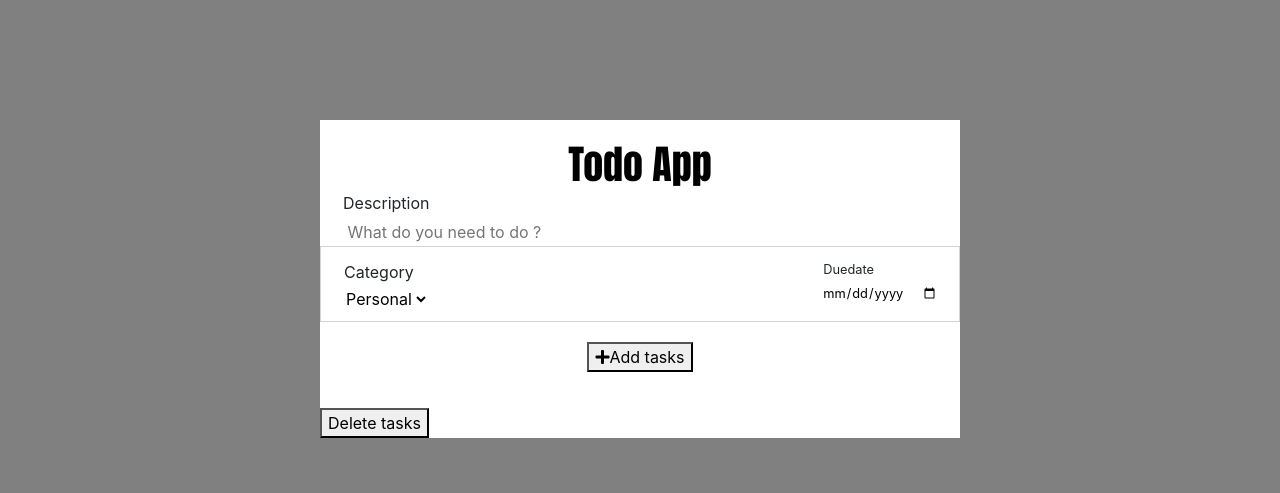
Repository: Sayan-100/Todo-List
Page: http://localhost/
An editor plug-in stored every save of this project. The page is shown before and after the next save, followed by the edit.
The browser window is 1280 px wide. The pictures show the whole page.
Some web libraries are served in a nearby version. The page is served by the project's Node server (index.js). Other server files are loaded and not shown. Queries for data that is not in the repository find no rows.

Above is the page before, as saved 2021-12-29 18:58:51.
Not found: js/home.js

### views/home.ejs
<html>

<head>
    <title>
        <%= title %>
    </title>

    <link rel="stylesheet" href="https://stackpath.bootstrapcdn.com/bootstrap/4.5.2/css/bootstrap.min.css" integrity="sha384-JcKb8q3iqJ61gNV9KGb8thSsNjpSL0n8PARn9HuZOnIxN0hoP+VmmDGMN5t9UJ0Z" crossorigin="anonymous">
    <link rel="stylesheet" href="/css/style.css">
    <link rel="stylesheet" href="https://use.fontawesome.com/releases/v5.5.0/css/all.css" integrity="sha384-B4dIYHKNBt8Bc12p+WXckhzcICo0wtJAoU8YZTY5qE0Id1GSseTk6S+L3BlXeVIU" crossorigin="anonymous">

</head>

<body>

    <div class="container">
        <h1> Todo App </h1>
        <form id="create-todo" action="/create_todo" method="POST">
            <div class="description">
                <p>Description</p>
                <input type="text" name="Description" placeholder=" What do you need to do ?" required>
            </div>

            <div class="options">

                <div class="cat">
                    <p>Category</p>
                    <select name="Category" required>
                    <option>Personal</option>
                    <option>Work</option>
                    <option>Cleaning</option>
                    <option>School</option>
                    <option> others</option>
                    </select>
                </div>

                <div class="date">
                    <p>Duedate</p>
                    <input type="date" id="birthday " name="DueDate">
                </div>
            </div>

            <div class="buttons">
                <button type="submit" form="create-todo"><i class="fas fa-plus"></i>Add tasks</button>
            </div>

        </form>


        <button type="submit" form="delete-form">Delete tasks</button>

        <!-- form attribute is used to link the button with the form  by specifying the id -->

        <form id="delete-form" action="/delete-todo" method="POST">
            <ul>
                <% for(let i of todo_list) {%>
                    <li class="single-todo">

                        <div class="check">
                            <input type="checkbox" name="<%=i._id%>" value="">
                            <!-- name attribute is used to take id of selected to do list from the from tag to the controller-->

                            <div class="desc_and_date">
                                <b>
                                    <span class = "date">
                                         <i class="fas fa-calendar-day"></i>
                                        <%= i.Description %>
                                    </span>
                                </b>

                                <span>

                                    <%= i.DueDate  %>
                                </span>

                            </div>
                        </div>

                        <div id="category">
                            <span>
                                <button><%= i.Category %></button>
                            </span>
                        </div>

                    </li>
                    <% } %>
            </ul>

        </form>
    </div>



    <script type="text/javascript" src="/js/home.js">
    </script>

</body>

</html>

### index.js
const express = require('express');
const path = require('path');
const port = 8000;

const db = require('./config/mongoose');
const to_do = require('./models/to-do');

const app = express();

app.set('view engine', 'ejs');
app.set('views', path.join(__dirname, 'views'));

app.use(express.urlencoded());
app.use(express.static('assests'));
app.get('/', function(req, res) {

    //res.send('<h1>cool it is running or is it ?</h1>')
    to_do.find({}, function(err, todos) {
        if (err) {
            console.log('Error in fetching todo from db');
            return;
        }

        return res.render('home', {
            title: "My todo List",
            todo_list: todos
        });
    });

});

app.post('/delete-todo', function(req, res) {
    let id = req.query.id;
    Object.keys(req.body).forEach(function(id) {
        to_do.findByIdAndDelete(id, function(err) {
            if (err) {
                console.log('Error in deleting a object form database');
                return;
            }
        });
        return res.redirect('back');
    })
});

//   to_do.findByIdAndDelete(id, function(err) {
//         if (err) {
//             console.log('Error in deleting a object form database');
//             return;
//         }

//         return res.redirect('back');
//})
app.post('/create_todo', function(req, res) {

    let date = "NO DEADLINE";
    console.log('**********', date);
    if (req.body.DueDate) {
        date = req.body.DueDate;
    }

    to_do.create({
        Description: req.body.Description,
        Category: req.body.Category,
        DueDate: date

    }, function(err, newTodo) {

        if (err) {
            console.log('Error in creating a todo');
            return;
        }

        console.log('**********', newTodo);
        return res.redirect('back');

    });
});


app.listen(port, function(err) {
    if (err) {
        console.log('Error in running server');
    }

    console.log('Yup! my server is running on port', port);
});

### assests/css/style.css
body {
    background-color: gray;
    margin: 0;
}

h1 {
    color: black;
    text-align: center;
    font-family: Impact, Haettenschweiler, 'Arial Narrow Bold', sans-serif;
    padding: 20px 20px 0px 20px;
    margin-bottom: 0px;
}

.container {
    width: 50%;
    margin: auto;
    background-color: white;
    padding: 0px;
    margin-top: 120px;
}

.form-fill {
    display: flex;
    flex-direction: column;
}

.options {
    display: flex;
    justify-content: space-between;
}

input {
    outline: none;
    border: 1px solid transparent;
}

#desc {
    width: 100%;
}

p {
    margin: 3px;
}

select {
    outline: none;
    border: 1px solid transparent;
    background-color: white;
    width: 100%;
}

option {
    padding: 5px;
    border: 1px solid transparent;
}

.description {
    border: 0px 1px 1px 1px solid lightgray;
    padding: 0px 20px;
}

.options {
    border: 1px solid lightgray;
    padding: 10px 20px;
}

.buttons {
    display: flex;
    justify-content: center;
    padding: 20px;
}

.btn-1 {
    margin-right: 3px;
    border-radius: 0px;
}

.btn-2 {
    border-radius: 0px;
}

.submitbtn {
    display: flex;
    justify-content: center;
    padding-bottom: 10px;
}

.single-todo {
    display: flex;
    justify-content: space-between;
    align-items: center;
}

.desc_and_date {
    display: flex;
    flex-direction: column;
    margin-left: 15px;
}

.date {
    font-size: 0.8rem;
}

ul {
    padding: 0;
}

li {
    padding: 10px;
    /* padding-left:30px; */
    border: 1px solid lightgray;
}

#category {
    margin-right: 3%;
    color: white;
    padding: 4px;
    width: 80px;
    height: 45px;
    text-align: center;
}

#category:nth-of-type(2n) {
    background-color: rgb(12, 12, 63);
}

#category span {
    position: relative;
    top: 5px;
}

.check {
    display: flex;
    align-items: center;
    justify-content: flex-start;
    width: 40%;
}

li:hover {
    background-color: lightgrey;
}

@media screen and (max-width:900px) {
    .container {
        width: 70%;
    }
}

After the next save:
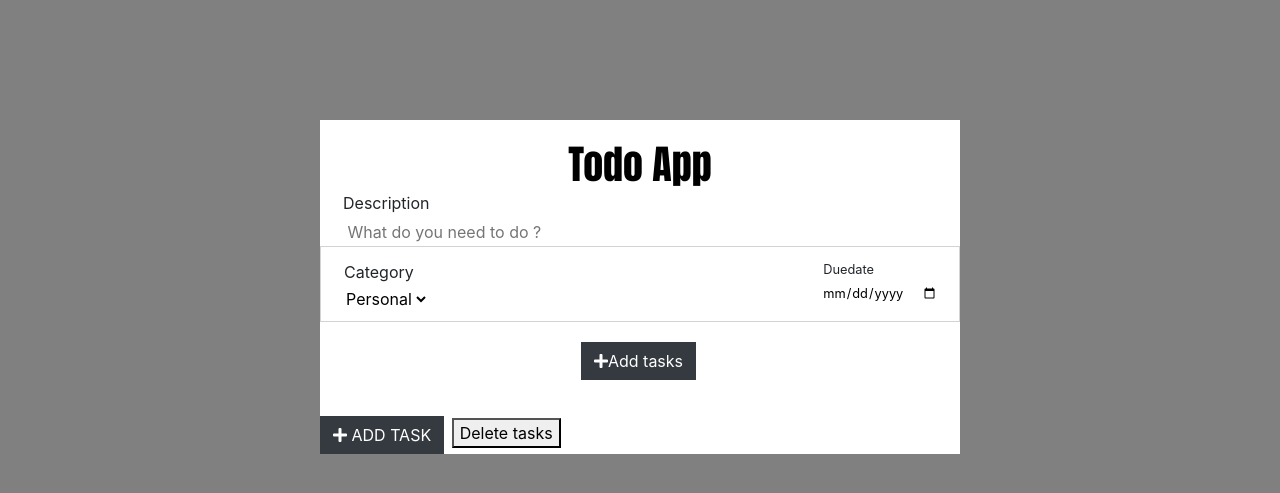
Saved 92 s later.
--- a/views/home.ejs
+++ b/views/home.ejs
@@ -41,11 +41,14 @@
             </div>
 
             <div class="buttons">
-                <button type="submit" form="create-todo"><i class="fas fa-plus"></i>Add tasks</button>
+                <button type="submit" class="btn btn-dark btn-1" form="create-todo"><i class="fas fa-plus"></i>Add tasks</button>
             </div>
 
         </form>
-
+        <button type="submit" class="btn btn-dark btn-1">
+                    <i class="fas fa-plus"></i>
+                    ADD TASK
+                </button>
 
         <button type="submit" form="delete-form">Delete tasks</button>
 
